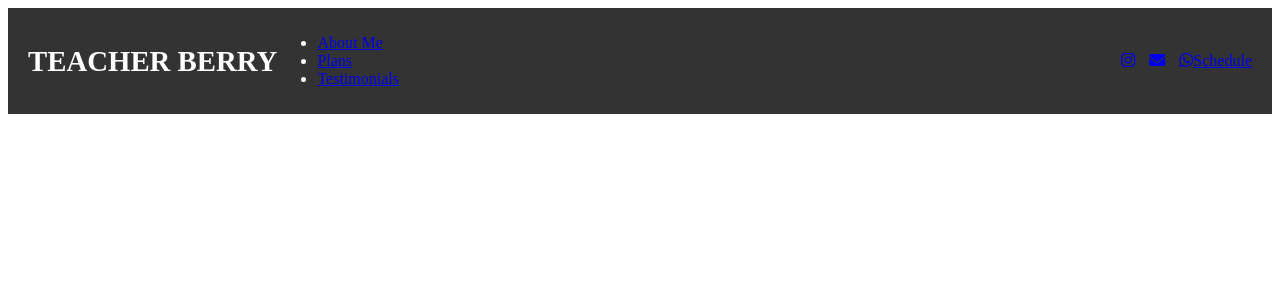
Repository: ntandomagana/esl-landing-page
Page: index.html
The author's editor kept a copy of each file at every save. The page is drawn from the files as they stood at one save, then again after the next save.
The browser window is 1280 px wide. The pictures show the whole page.

Above is the page before, as saved 2024-07-16 22:56:40.

After the next save:
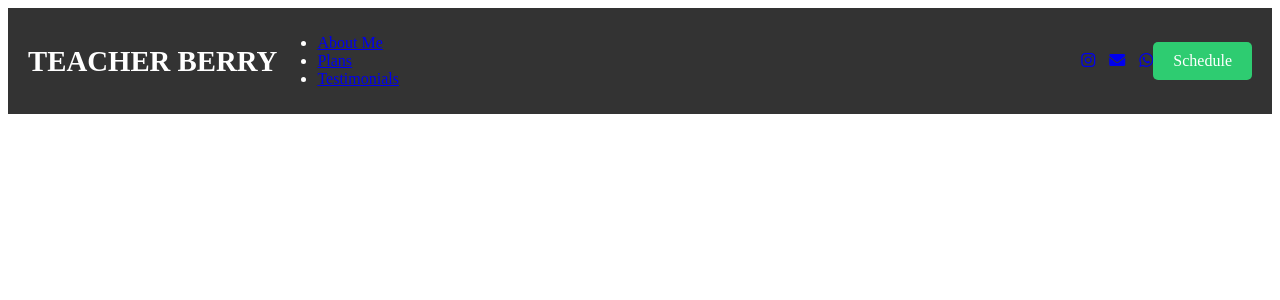
Saved 14 s later.
--- a/index.css
+++ b/index.css
@@ -22,3 +22,16 @@
 .social-link {
     margin-left: 10px;
 }
+
+.schedule-button {
+    padding: 10px 20px;
+    background-color: #2ecc71;
+    color: #fff;
+    text-decoration: none;
+    border-radius: 5px;
+    transition: background-color 0.3s ease;
+}
+
+.schedule-button:hover {
+    background-color: #27ae60;
+}
